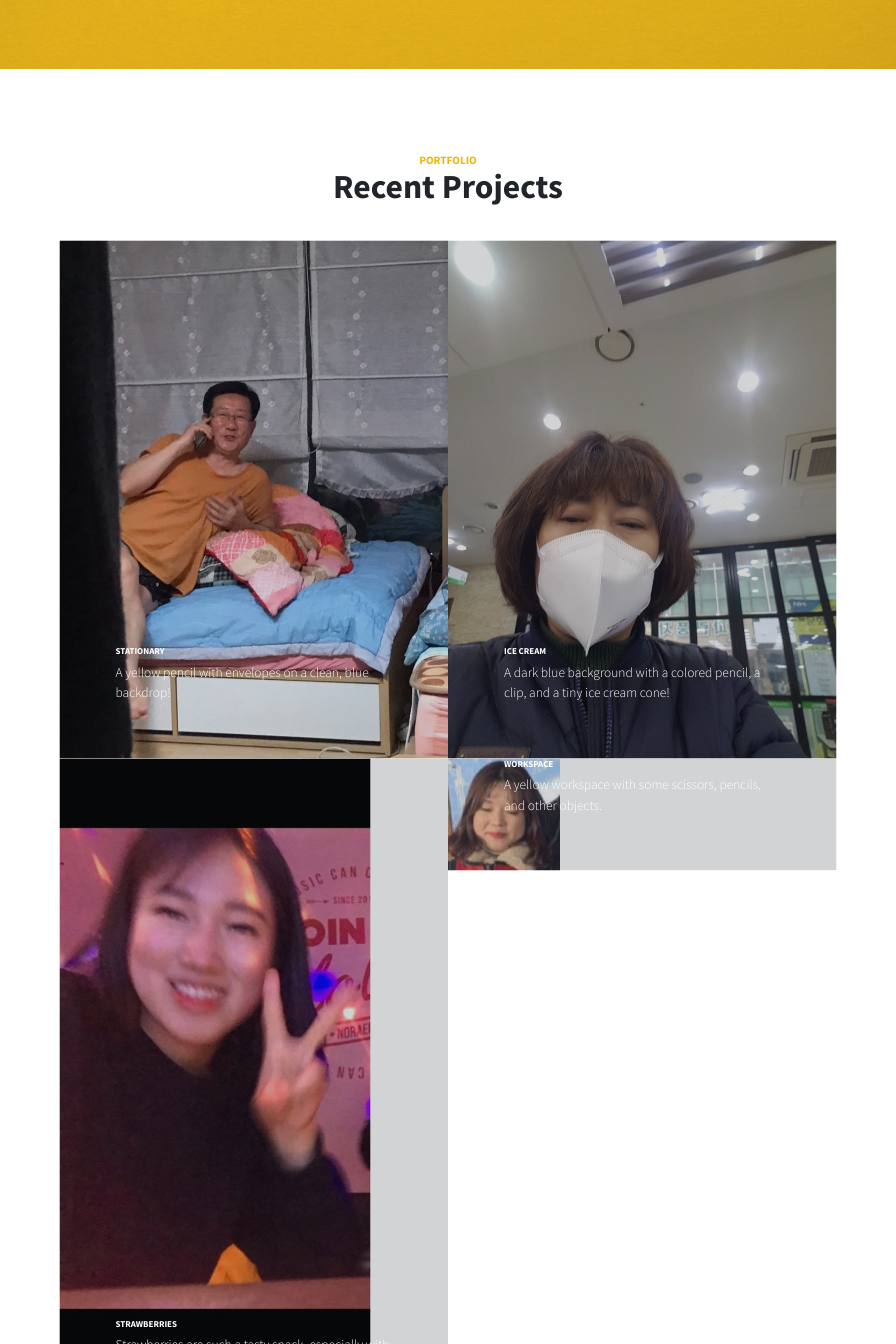
Repository: seungminlll3420/ruby_on_rails
Page: 가족/index.html
The author's editor kept a record of every edit. The page is drawn from the files as they stood at one moment, then again after the next edit.
The browser window is 1280 px wide. The pictures show the part of the page from y = 621 to 2541 px (the page is 3925 px tall), at 70% of full size.

Above is the page before.

After the next edit:
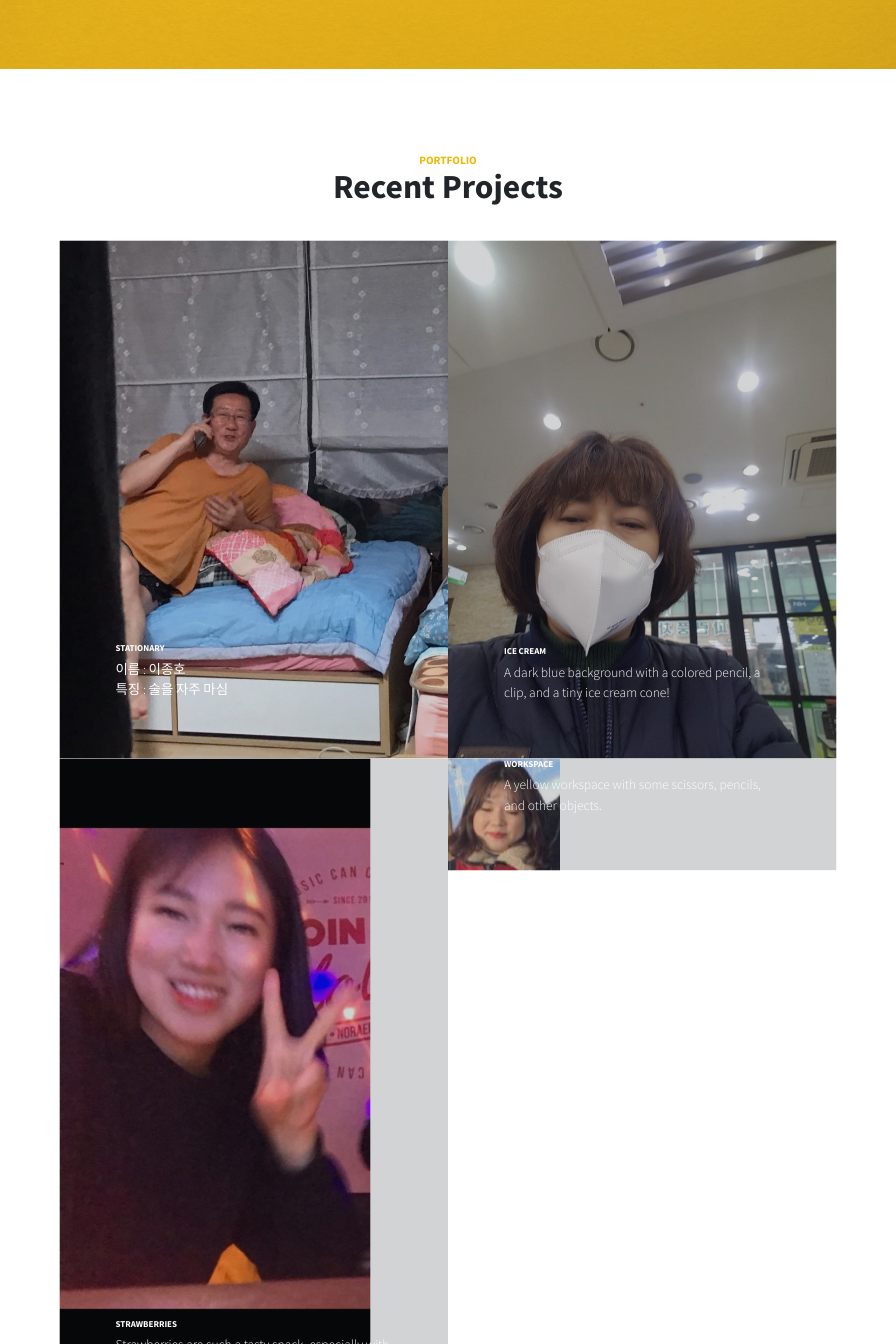
The edit:
--- a/가족/index.html
+++ b/가족/index.html
@@ -86,7 +86,8 @@
             <span class="caption">
               <span class="caption-content">
                 <h2>Stationary</h2>
-                <p class="mb-0">A yellow pencil with envelopes on a clean, blue backdrop!</p>
+                <p class="mb-0">이름 : 이종호</p>
+                <p class="mb-1"> 특징 : 술을 자주 마심</p>
               </span>
             </span>
             <img class="img-fluid" src="./../img/이종호.jpg" alt="">
